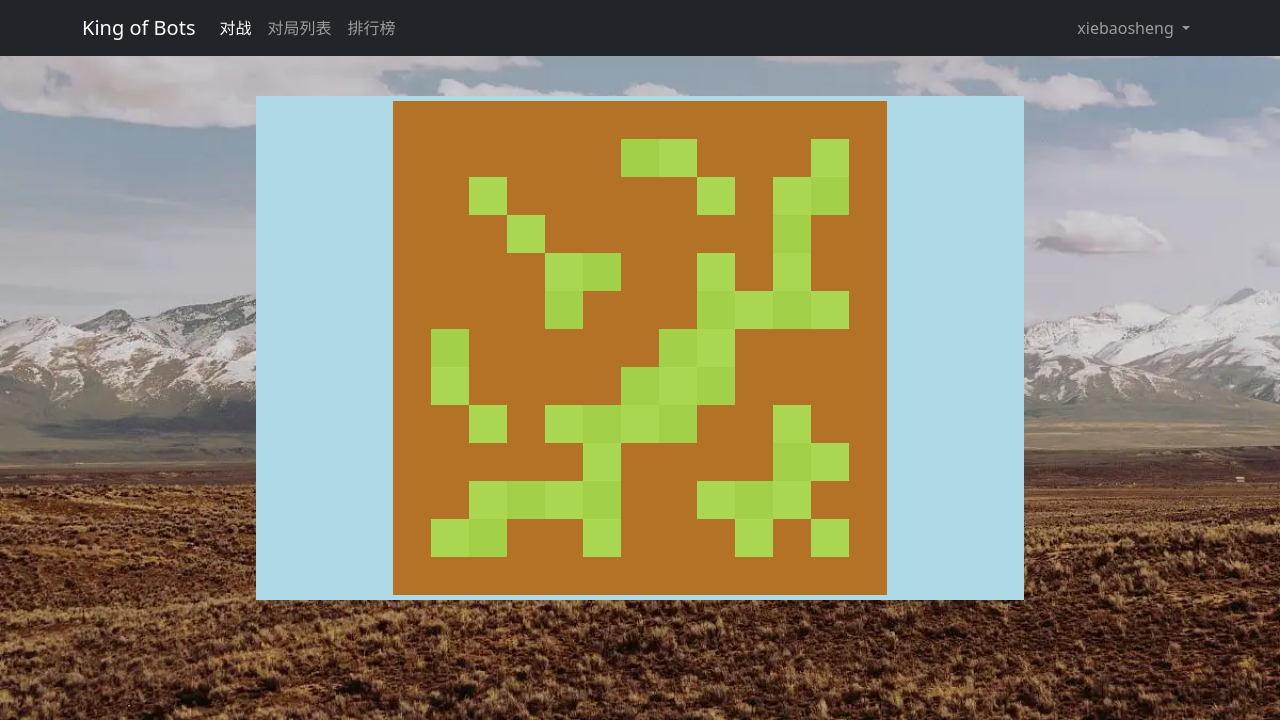
Repository: XieBaosheng/kob
Page: / (app in web/)
The author's editor kept a copy of each file at every save. The page is drawn from the files as they stood at one save, then again after the next save.
The browser window is 1280 px wide. The pictures show the whole page.
The project was rebuilt for these pictures with package versions that can differ from the ones it lists, and the page was loaded fresh each time. Also part of the build but not shown: web/vue.config.js, web/src/components/ContentField.vue, web/src/views/record/RecordIndexView.vue, web/src/views/ranklist/RanklistIndexView.vue, web/src/views/user/bot/UserBotIndexView.vue, web/src/views/error/NotFound.vue.

Above is the page before, as saved 2024-05-29 21:56:41.

After the next save:
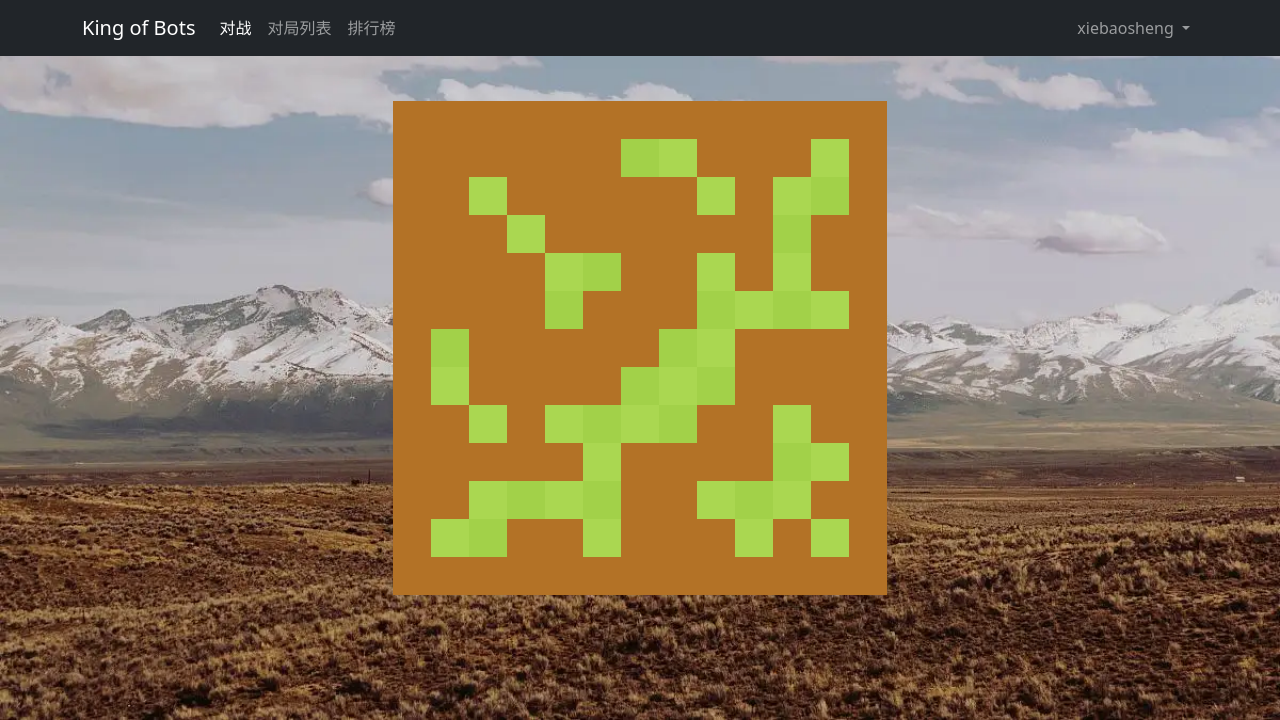
Saved 2 min 7 s later.
--- a/web/src/components/PlayGround.vue
+++ b/web/src/components/PlayGround.vue
@@ -20,6 +20,6 @@ div.playground {
     width: 60vw;
     height: 70vh;
     margin: 40px auto;
-    background: lightblue;
+    /* background: lightblue; */
 }
 </style>
